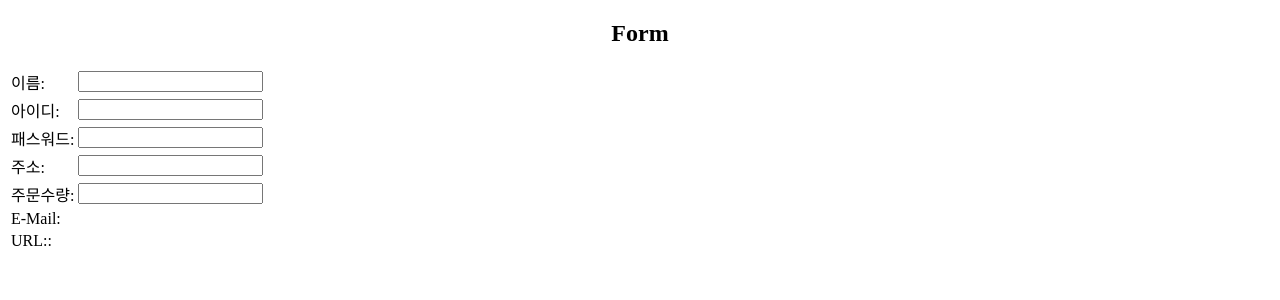
Repository: gyujin91/JSP
Page: web01/src/main/webapp/form.html
These files come from the project's save history. The page is drawn as it stood at one moment and after the next save; the edit follows.
The browser window is 1280 px wide. The pictures show the whole page.

Above is the page before, as saved 2022-04-22 05:11:53.

After the next save:
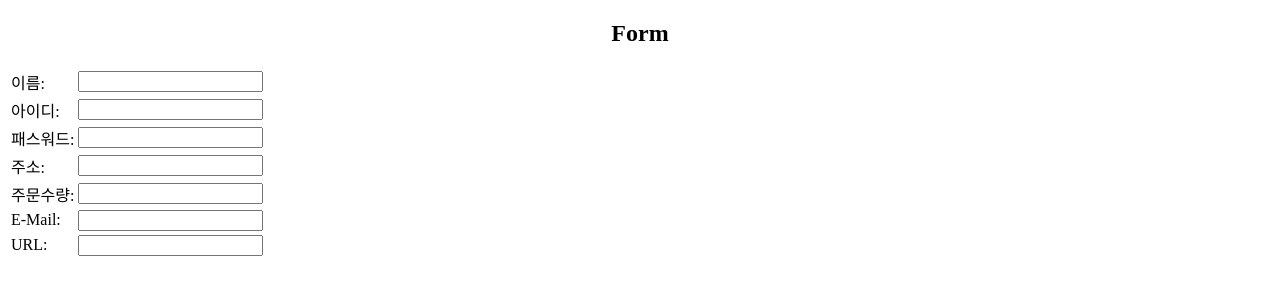
Saved 54 s later.
--- a/web01/src/main/webapp/form.html
+++ b/web01/src/main/webapp/form.html
@@ -32,8 +32,10 @@
             	<td><input type="text" name="ordercount"></td>
             </tr><tr>
             	<td>E-Mail:
+            	<td><input type="email" name="eamil"></td>
             </tr><tr>
-            	<td>URL::
+            	<td>URL:
+            	<td><input type="url" name="url"></td>
             </tr>
         </table>
 
